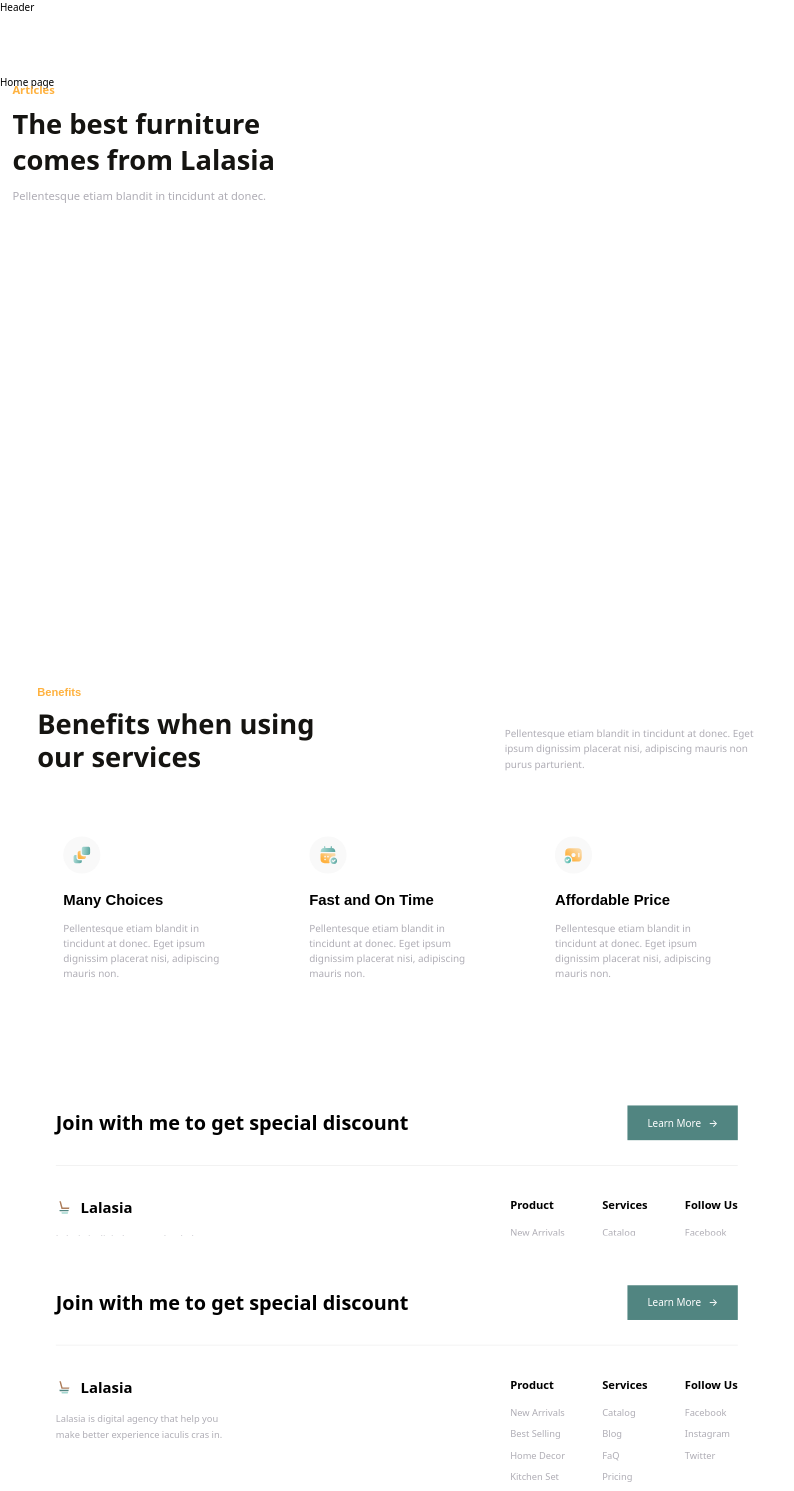
Repository: archis-academy/december-frontend-lalasia-2025
Page: /
These files come from the project's save history. The page is drawn as it stood at one moment and after the next save; the edit follows.
The browser window is 1280 px wide. The pictures show the whole page, at 62% of full size.
The page's requests for data from a server got no answer. Some web fonts or font styles are not loaded; a fallback is used. The project was rebuilt for these pictures with package versions that can differ from the ones it lists, and the page was loaded fresh each time. No one was signed in, and anything a server would have sent is missing. Also part of the build but not shown: vite.config.ts, src/components/Article/ArticleCard.module.scss, src/components/CustomButton/CustomButton.tsx, src/components/Arrow/Arrow.tsx, src/components/Article/ArticleCard.tsx, src/components/TeamSection/TeamSection.module.scss, src/components/TeamSection/TeamSection.tsx, src/pages/AboutUs/AboutUs.tsx and 15 more.

Above is the page before, as saved 2026-01-27 00:57:55.

After the next save:
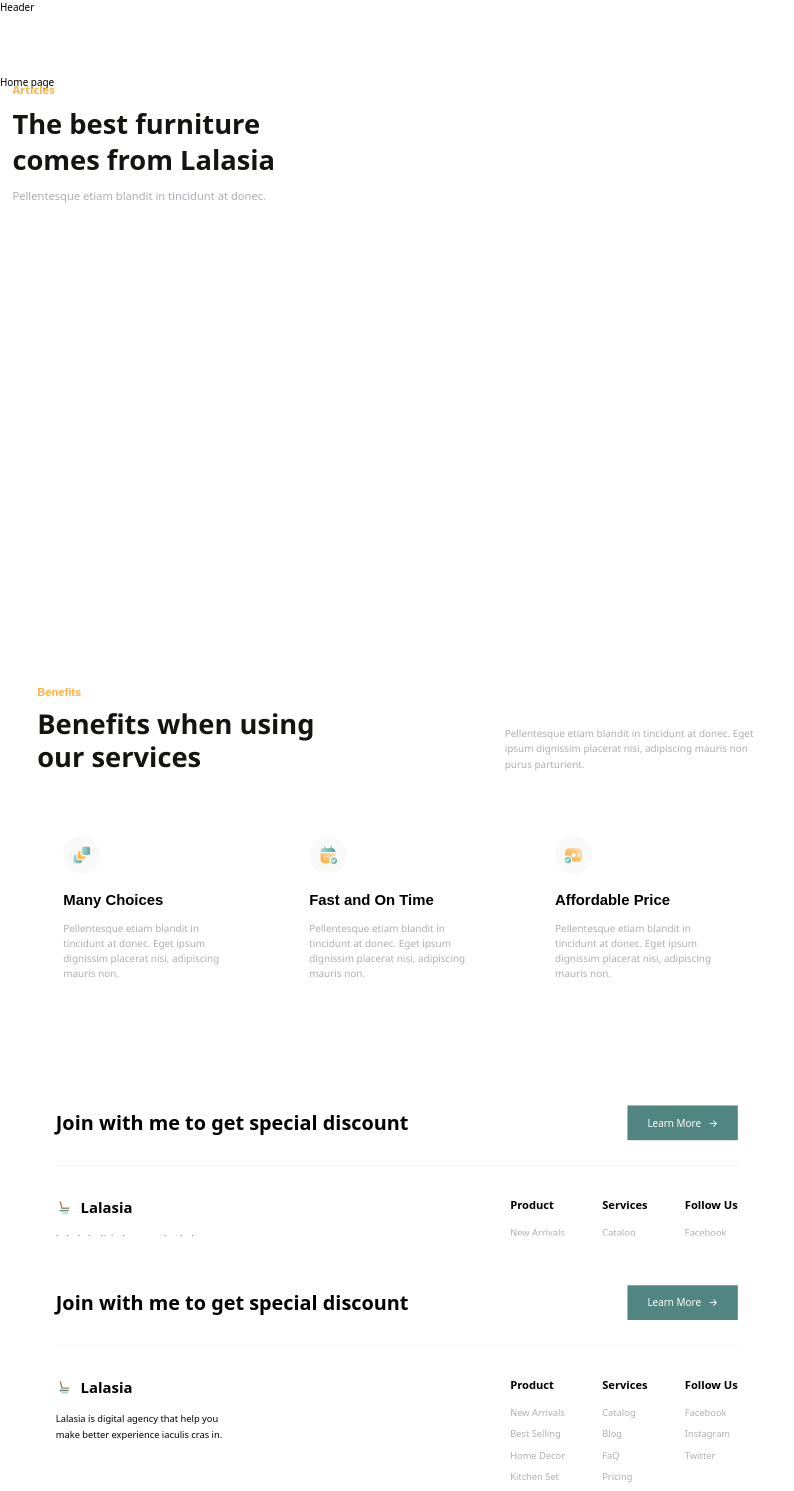
Saved 93 s later.
--- a/src/components/Footer/Footer.scss
+++ b/src/components/Footer/Footer.scss
@@ -83,7 +83,7 @@
         }
 
         .brand-desc {
-          color: $paragraph-color;
+          color: $black;
           line-height: 1.7;
           font-size: 15px;
         }
